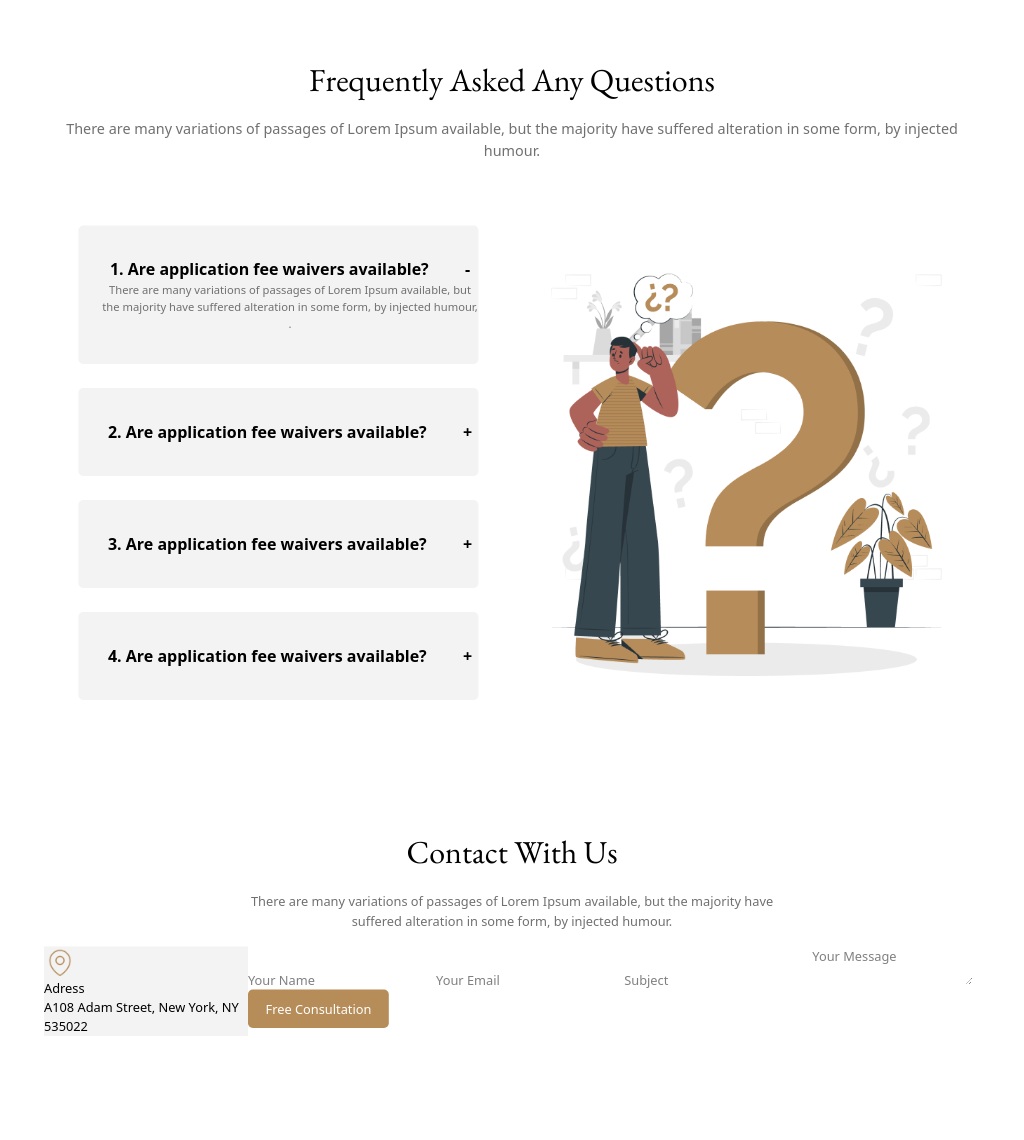
Repository: nahid-hasann/website-6
Page: index.html
These files come from the project's save history. The page is drawn as it stood at one moment and after the next save; the edit follows.
The browser window is 1280 px wide. The pictures show the whole page, at 80% of full size.

Above is the page before, as saved 2025-07-22 11:40:54.

After the next save:
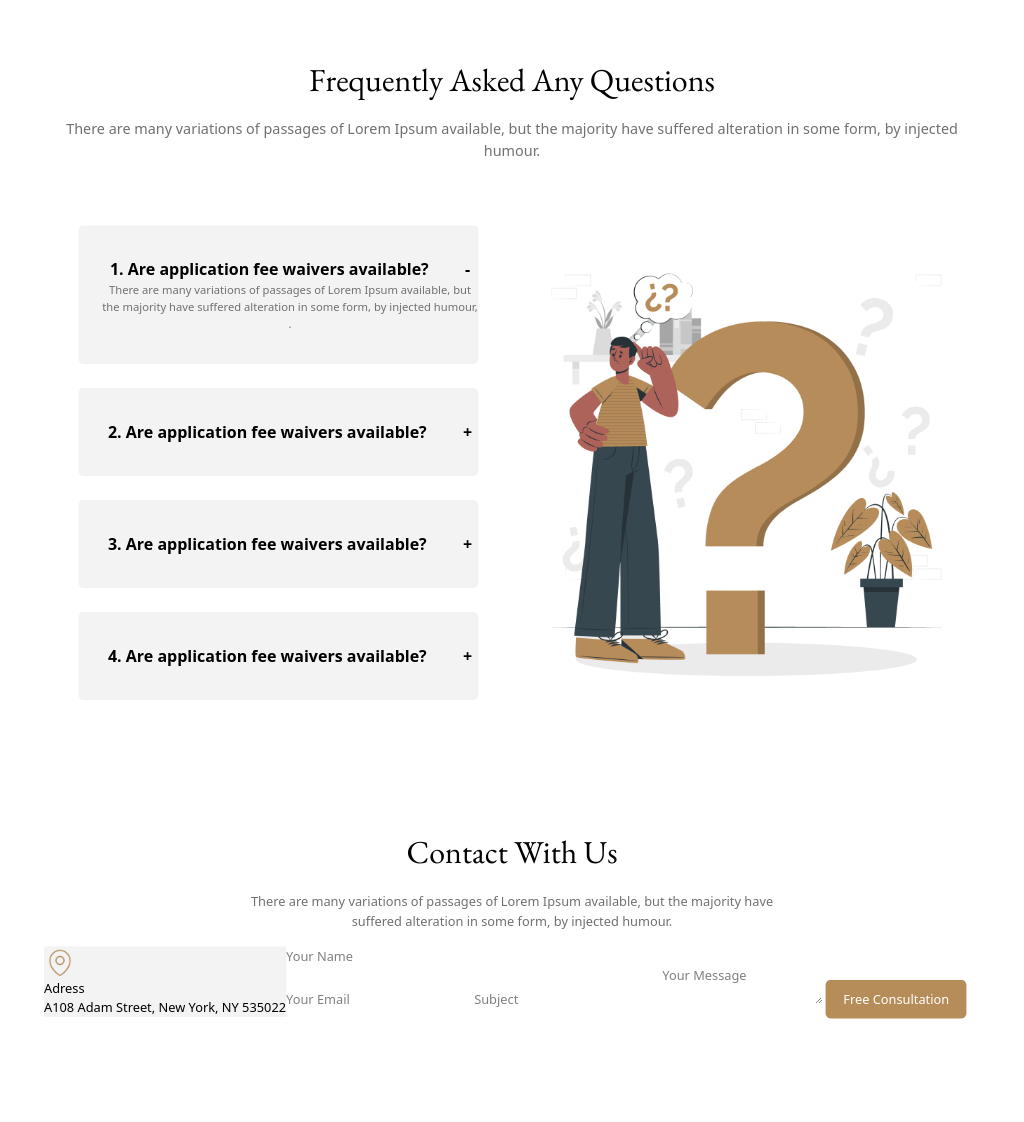
Saved 44 s later.
--- a/index.html
+++ b/index.html
@@ -138,7 +138,7 @@
                 </div>
             </div>
             <div class="contact-form">
-                <input type="text" name="" placeholder="Your Name" id="">
+                <input type="text" name="" placeholder="Your Name" id=""> <br>
                 <input type="email" name="" placeholder="Your Email" id="">
                 <input type="text" name="" placeholder="Subject" id="">
                 <textarea name="" placeholder="Your Message" id=""></textarea>
